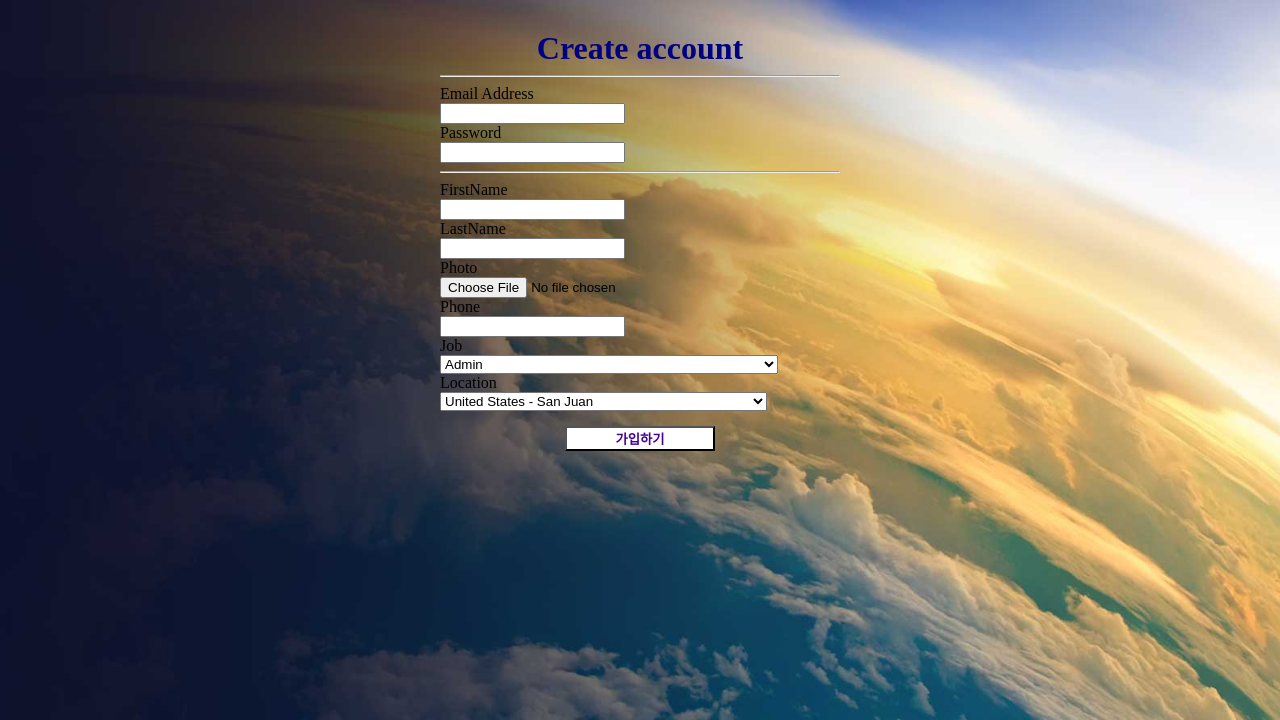
Repository: leeboseok/proposal-board
Page: http://localhost/ProposalSys/signup.jsp
The author's editor kept a copy of each file at every save. The page is drawn from the files as they stood at one save, then again after the next save.
The browser window is 1280 px wide. The pictures show the whole page.
The page is served by Tomcat 9.

Above is the page before, as saved 2024-07-31 15:42:44.

After the next save:
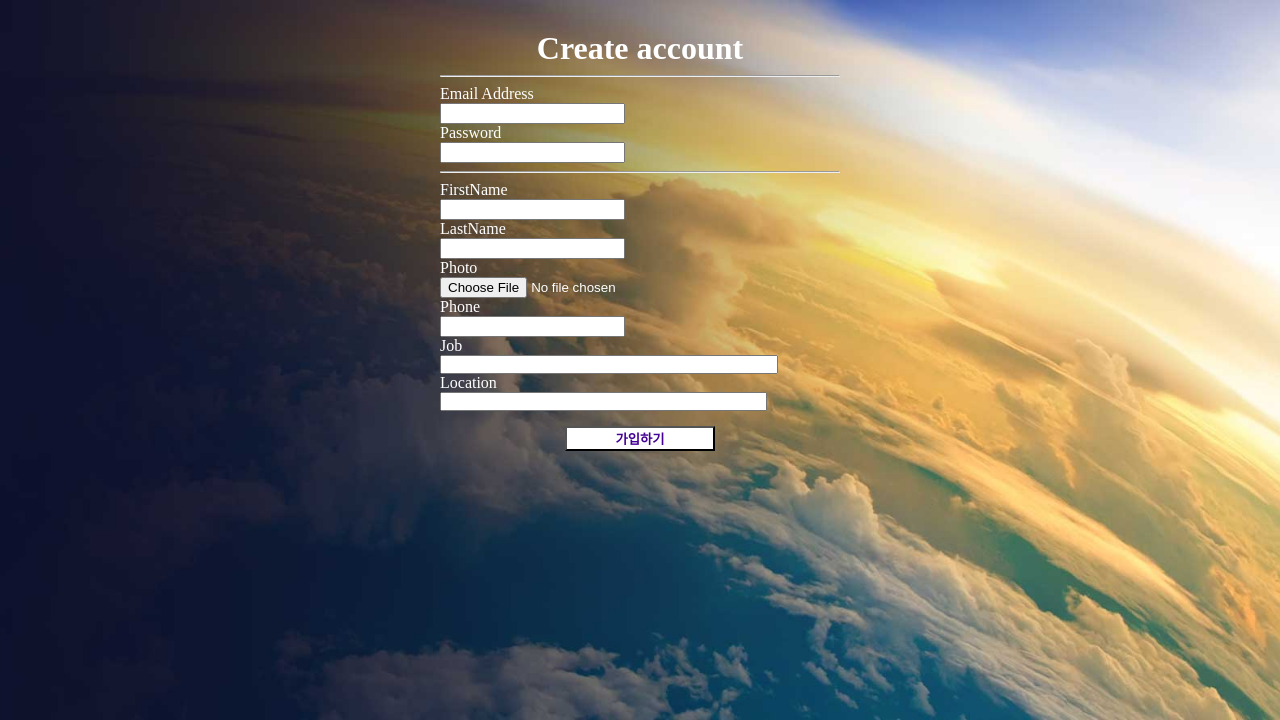
Saved 47 s later.
--- a/ProposalSys/src/main/webapp/css/signup.css
+++ b/ProposalSys/src/main/webapp/css/signup.css
@@ -36,3 +36,6 @@ h1{
 from > div{
 	margin:4px;
 }
+form, form * {
+    color: white;
+}
